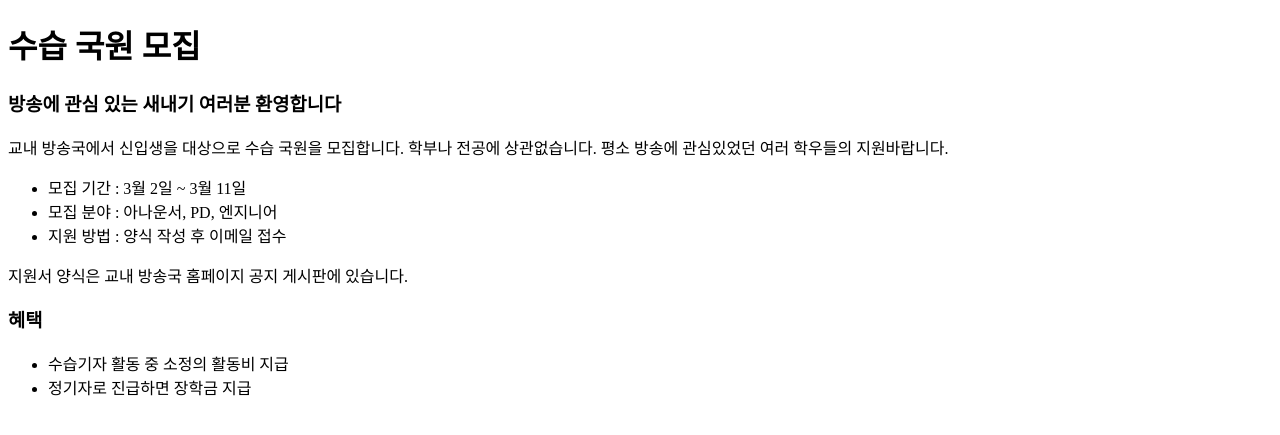
Repository: angelSuho/KCC_Learning_Repo
Page: Html/WebContent/mission.html
The author's editor kept a copy of each file at every save. The page is drawn from the files as they stood at one save, then again after the next save.
The browser window is 1280 px wide. The pictures show the whole page.

Above is the page before, as saved 2024-07-08 05:04:02.

After the next save:
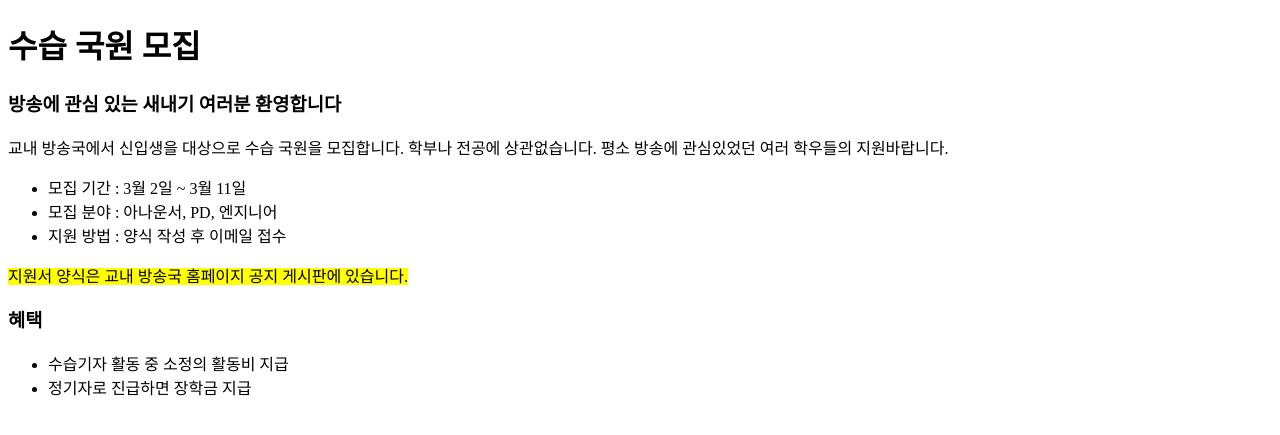
Saved 2 min 10 s later.
--- a/Html/WebContent/mission.html
+++ b/Html/WebContent/mission.html
@@ -17,7 +17,7 @@
 <li>모집 분야 : 아나운서, PD, 엔지니어</li>
 <li>지원 방법 : 양식 작성 후 이메일 접수</li>
 </ul>
-지원서 양식은 교내 방송국 홈페이지 공지 게시판에 있습니다.
+<mark>지원서 양식은 교내 방송국 홈페이지 공지 게시판에 있습니다.</mark>
 
 <h3>혜택</h3>
 <ul>
